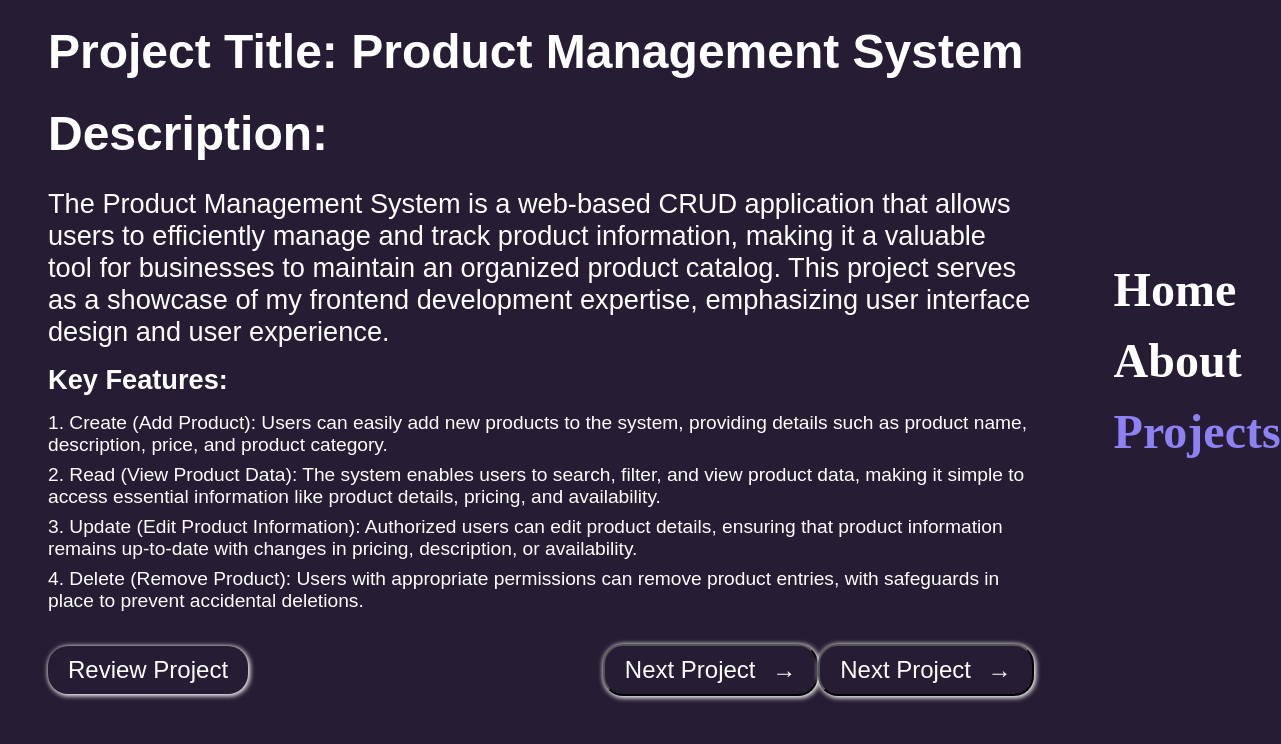
Repository: ahamdy997/portfolio
Page: /projects
These files come from the project's save history. The page is drawn as it stood at one moment and after the next save; the edit follows.
The browser window is 1280 px wide. The page is 1281 px wide, so the pictures cover 1281 px, including what lies to the right of the window. The pictures show the whole page.
The project was rebuilt for these pictures with package versions that can differ from the ones it lists, and the page was loaded fresh each time. Also part of the build but not shown: vue.config.js, src/components/HelloWorld.vue, src/views/HomeView.vue.

Above is the page before, as saved 2023-11-06 02:02:14.

### src/App.vue
<template>
  <div class="flex">
    <router-view />
    <header>
      <nav>
        <router-link to="/">Home</router-link>
        <router-link to="/about">About</router-link>
        <router-link to="/projects">Projects</router-link>
      </nav>
    </header>
  </div>
</template>

<style>
* {
  box-sizing: border-box;
  padding: 0;
  margin: 0;
}
#app {
  width: 100%;
  height: 100vh;
  display: flex;
  align-items: center;
  justify-content: space-between;
  text-align: center;
}
.flex {
  display: flex;
  align-items: center;
  justify-content: space-between;
  padding: 3rem;
  gap: 5rem;
  width: 100%;
}
header {
  font-size: 1.7rem;
  width: 10%;
}

nav {
  text-align: center;
  display: flex;
  flex-direction: column;
  gap: 1rem;
  margin-right: 1.5rem;
}
body {
  font-family: sans-serif;
  background: #261c33;
  /* background: yellow; */
  color: #fff;
}
nav a {
  font-family: serif;
  font-weight: bold;
  color: #fff;
  text-decoration: none;
  font-size: 3rem;
  transition: all 0.2s;
}
nav a:hover {
  font-style: italic;
  transform: translateX(10px);
}

nav a.router-link-exact-active {
  color: #8d81f3;
}
</style>

### src/router/index.js
import { createRouter, createWebHistory } from "vue-router";
import HomeView from "../views/HomeView.vue";

const routes = [
  {
    path: "/",
    name: "home",
    component: HomeView,
  },
  {
    path: "/about",
    name: "about",
    // route level code-splitting
    // this generates a separate chunk (about.[hash].js) for this route
    // which is lazy-loaded when the route is visited.
    component: () =>
      import(/* webpackChunkName: "about" */ "../views/AboutView.vue"),
  },
  {
    path: "/projects",
    name: "project",
    // route level code-splitting
    // this generates a separate chunk (about.[hash].js) for this route
    // which is lazy-loaded when the route is visited.
    component: () =>
      import(/* webpackChunkName: "about" */ "../views/ProjectView.vue"),
  },
];

const router = createRouter({
  history: createWebHistory(process.env.BASE_URL),
  routes,
});

export default router;

### src/views/ProjectView.vue
<template>
  <div>
    <component :is="component"></component>
    <div class="view">
      <a href="https://ahamdy997.github.io/CRUDS-System/" target="_blank"
        >Review Project</a
      >
      <div class="control">
        <button type="button" @click="controlComponent">
          Next Project <span>&rarr;</span>
        </button>
        <button type="button" @click="counter--">
          Next Project <span>&rarr;</span>
        </button>
      </div>
    </div>
  </div>
</template>
<style scoped>
.view {
  display: flex;
  justify-content: space-between;
  align-items: center;
}
button,
a {
  background-color: #261c33;
  margin-top: 1.5rem;
  padding: 10px 20px;
  color: white;
  box-shadow: 1px 1px 5px 1px white;
  border-radius: 20px;
  cursor: pointer;
  text-decoration: none;
  transition: all 0.5s;
  /* font-weight: bold; */
  font-size: 1.5rem;
}
button:hover {
  transform: translateX(10px);
}
a:hover {
  transform: translateY(5px);
}
span {
  margin-left: 10px;
}
</style>

<script>
import CRUD from "../components/TheCRUD.vue";
import Bankist from "../components/TheWeather.vue";
export default {
  components: { CRUD, Bankist },
  data() {
    return {
      counter: 0,
      component: "CRUD",
    };
  },
  methods: {
    controlComponent() {
      this.counter++;
      if (this.counter === 1) {
        this.component = "Bankist";
      }
    },
  },
};
</script>

### src/components/TheCRUD.vue
<template>
  <div>
    <h2>Project Title: Product Management System</h2>
    <h2>Description:</h2>
    <p>
      The Product Management System is a web-based CRUD application that allows
      users to efficiently manage and track product information, making it a
      valuable tool for businesses to maintain an organized product catalog.
      This project serves as a showcase of my frontend development expertise,
      emphasizing user interface design and user experience.
    </p>
    <ol>
      <h3>Key Features:</h3>
      <li>
        Create (Add Product): Users can easily add new products to the system,
        providing details such as product name, description, price, and product
        category.
      </li>
      <li>
        Read (View Product Data): The system enables users to search, filter,
        and view product data, making it simple to access essential information
        like product details, pricing, and availability.
      </li>
      <li>
        Update (Edit Product Information): Authorized users can edit product
        details, ensuring that product information remains up-to-date with
        changes in pricing, description, or availability.
      </li>
      <li>
        Delete (Remove Product): Users with appropriate permissions can remove
        product entries, with safeguards in place to prevent accidental
        deletions.
      </li>
    </ol>
  </div>
</template>

<style>
div {
  text-align: left;
}

h2 {
  margin-bottom: 1.7rem;
  font-size: 3rem;
}
p {
  font-size: 1.7rem;
  margin-bottom: 1rem;
}
h3 {
  margin-bottom: 1rem;
  font-size: 1.7rem;
}

li {
  list-style-position: inside;
  font-size: 1.2rem;
  margin-bottom: 0.5rem;
}
</style>

### src/components/TheWeather.vue
<template>
  <div>
    <h2>Project Title: Bankist</h2>
    <h2>Description:</h2>
    <p>
      The Online Bank System Frontend is a critical component of a comprehensive
      online banking platform, designed to provide customers with a secure,
      intuitive, and user-friendly interface for managing their financial
      accounts. As a frontend developer, this project showcases my expertise in
      creating polished and responsive web interfaces for the financial sector.
    </p>
    <ol>
      <h3>Key Features:</h3>
      <li>
        <strong>Account Overview:</strong> Users can easily view their account
        balances, transaction history, and recent activity on the dashboard,
        offering a clear snapshot of their financial status.
      </li>
      <li>
        <strong>Transfers and Payments:</strong> The application enables
        customers to transfer funds between accounts, make bill payments, and
        manage recurring transactions efficiently, and ask for loan.
      </li>
      <li>
        <strong>Account Management: </strong>Users have the ability to open
        update personal information, and close accounts through a user-friendly
        and intuitive interface. (Opening Accounts Feature Will Be Added Soon)
      </li>
    </ol>

    <p>For Now you can test the application with those accounts</p>
    <ul>
      <li>username: ah password:6666</li>
      <li>
        username: js password:1111 "Portuguese account so the date and time
        written in Portuguese defined through API "
      </li>
      <li>username: sz password:5555</li>
    </ul>
  </div>
</template>
<style>
img {
  width: 100%;
}
div {
  text-align: left;
}

h2 {
  margin-bottom: 1.7rem;
  font-size: 3rem;
}
p {
  font-size: 1.7rem;
  margin-bottom: 1rem;
}
h3 {
  margin-bottom: 1rem;
  font-size: 1.7rem;
}

li {
  list-style-position: inside;
  font-size: 1.2rem;
  margin-bottom: 0.5rem;
}
</style>

Loaded but not shown: public/index.html (common file); src/main.js (common file)

After the next save:
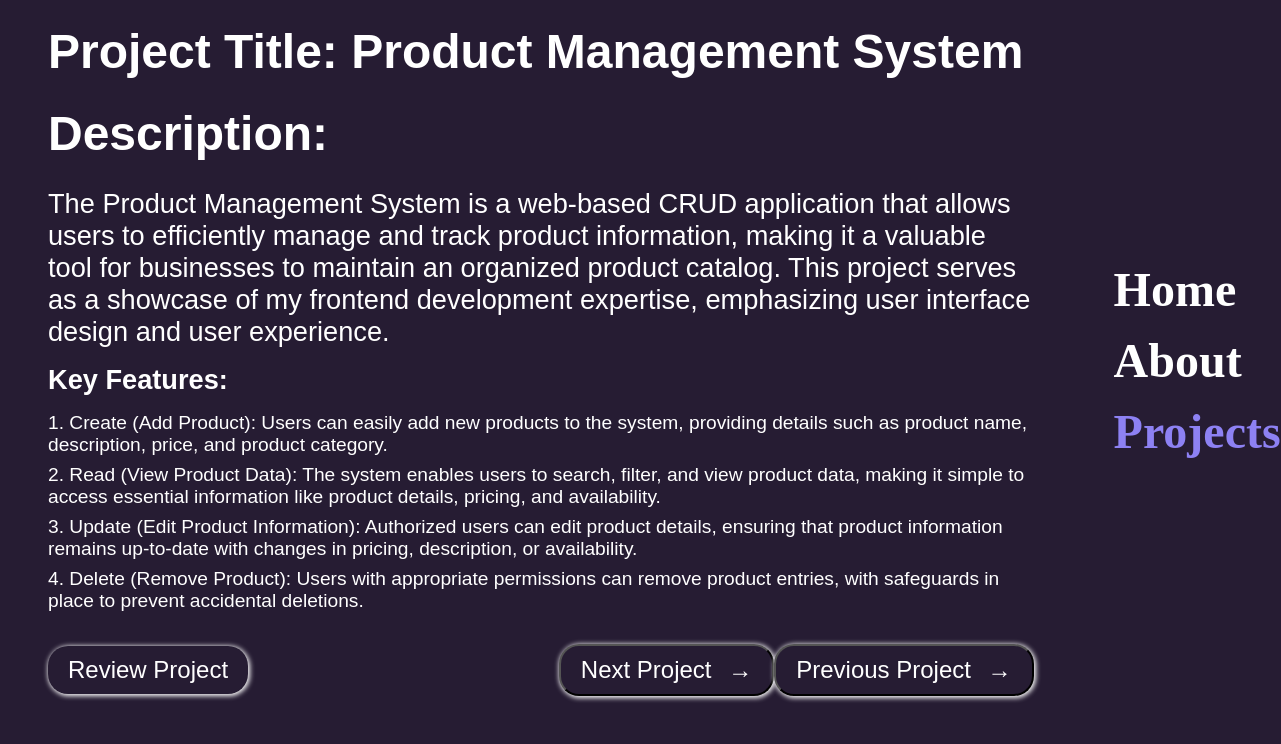
Saved 9 s later.
--- a/src/views/ProjectView.vue
+++ b/src/views/ProjectView.vue
@@ -10,7 +10,7 @@
           Next Project <span>&rarr;</span>
         </button>
         <button type="button" @click="counter--">
-          Next Project <span>&rarr;</span>
+          Previous Project <span>&rarr;</span>
         </button>
       </div>
     </div>
